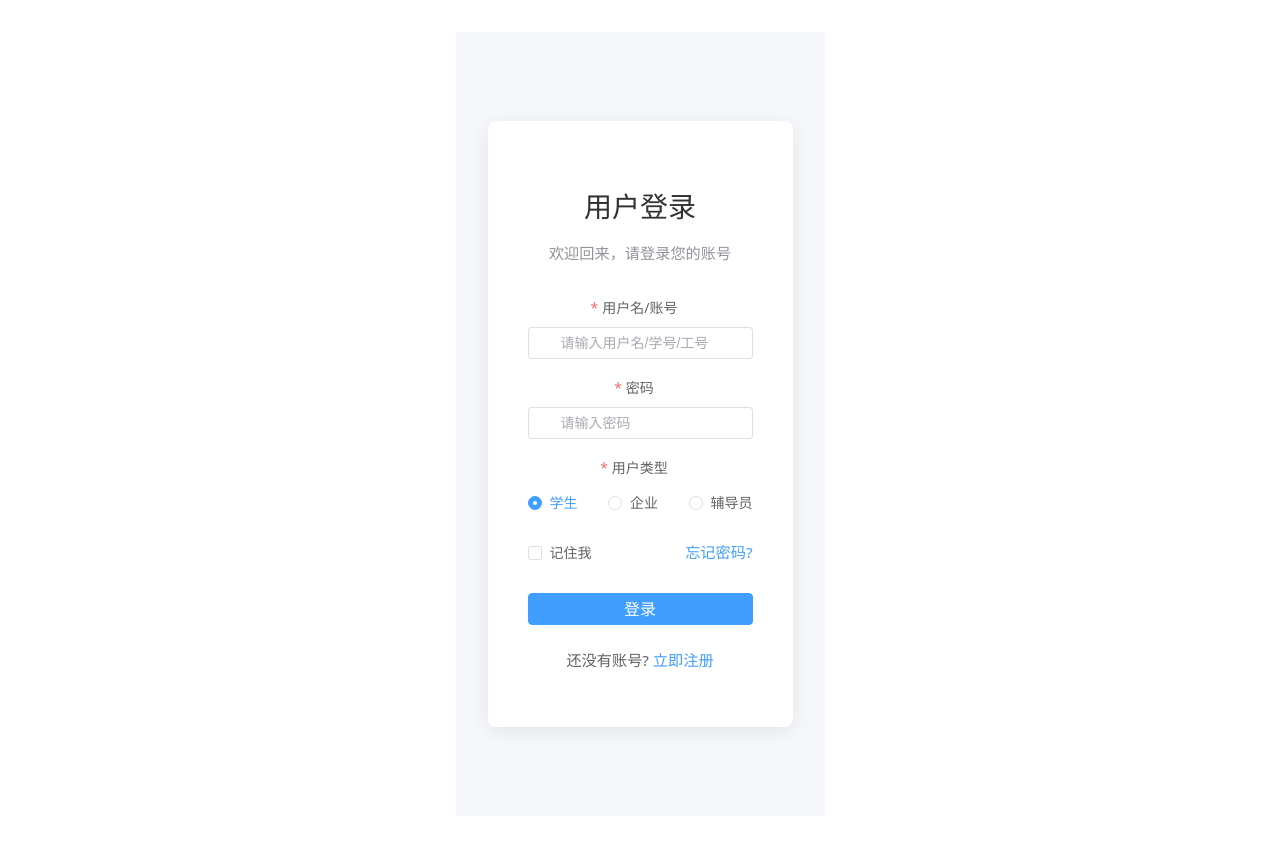
Repository: ynlmAce/eapsbs
Page: /login (app in eaps-ui/)
The author's editor kept a copy of each file at every save. The page is drawn from the files as they stood at one save, then again after the next save.
The browser window is 1280 px wide. The pictures show the whole page.
The project was rebuilt for these pictures with package versions that can differ from the ones it lists, and the page was loaded fresh each time. Also part of the build but not shown: eaps-ui/vite.config.js. Imported but missing from the stored project, and not drawn on this page: eaps-ui/src/components/JobDetail.vue.

Above is the page before, as saved 2025-04-24 00:09:05.

After the next save:
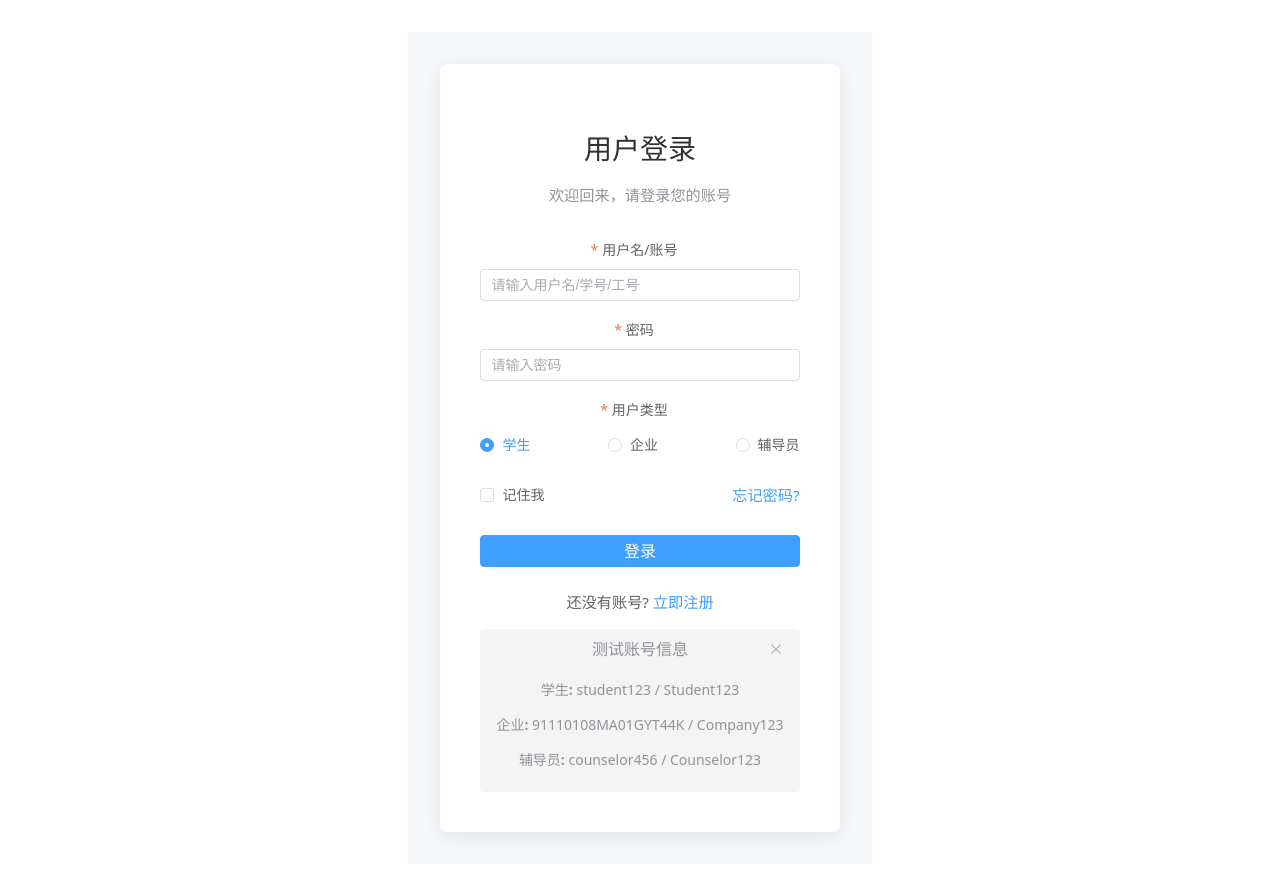
Saved 22 s later.
--- a/eaps-ui/src/views/Login.vue
+++ b/eaps-ui/src/views/Login.vue
@@ -18,7 +18,6 @@
           <el-input
             v-model="loginForm.username"
             placeholder="请输入用户名/学号/工号"
-            prefix-icon="el-icon-user"
             clearable
           />
         </el-form-item>
@@ -28,7 +27,6 @@
             v-model="loginForm.password"
             type="password"
             placeholder="请输入密码"
-            prefix-icon="el-icon-lock"
             show-password
             clearable
           />
@@ -57,6 +55,18 @@
       <div class="login-footer">
         <p>还没有账号? <router-link to="/register" class="register-link">立即注册</router-link></p>
       </div>
+
+      <el-alert
+        v-if="showTestTip"
+        title="测试账号信息"
+        type="info"
+        :closable="true"
+        @close="showTestTip = false"
+      >
+        <p><strong>学生:</strong> student123 / Student123</p>
+        <p><strong>企业:</strong> 91110108MA01GYT44K / Company123</p>
+        <p><strong>辅导员:</strong> counselor456 / Counselor123</p>
+      </el-alert>
     </div>
   </div>
 </template>
@@ -70,6 +80,7 @@ import { useUserStore } from '../store/user'
 const router = useRouter()
 const userStore = useUserStore()
 const loading = ref(false)
+const showTestTip = ref(true)
 
 // 表单数据
 const loginForm = reactive({
@@ -82,12 +93,10 @@ const loginForm = reactive({
 // 表单验证规则
 const loginRules = {
   username: [
-    { required: true, message: '请输入用户名/学号/工号', trigger: 'blur' },
-    { min: 3, max: 20, message: '长度在 3 到 20 个字符', trigger: 'blur' }
+    { required: true, message: '请输入用户名/学号/工号', trigger: 'blur' }
   ],
   password: [
-    { required: true, message: '请输入密码', trigger: 'blur' },
-    { min: 6, max: 20, message: '长度在 6 到 20 个字符', trigger: 'blur' }
+    { required: true, message: '请输入密码', trigger: 'blur' }
   ],
   role: [
     { required: true, message: '请选择用户类型', trigger: 'change' }
